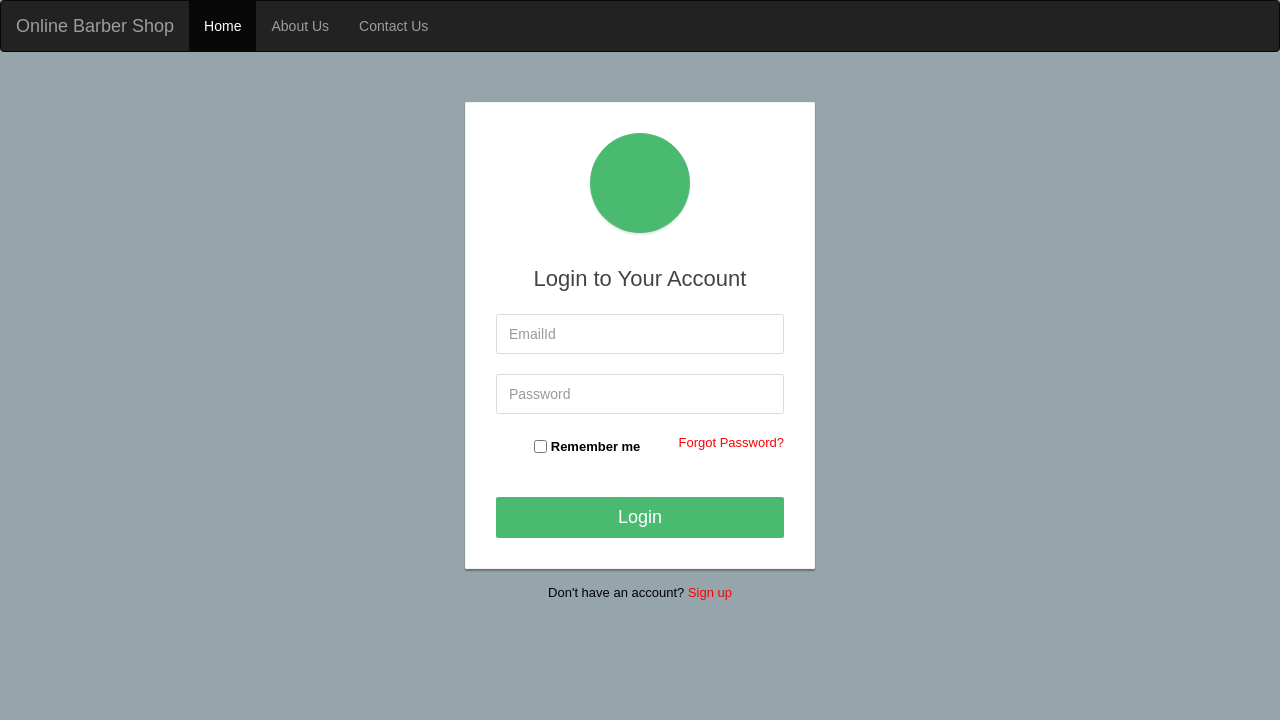
Repository: Mithil-Chavan/OnlineBarbershopManagementSystem
Page: http://localhost/OnlineBarberShop/WEB-INF/views/user/login.jsp
The author's editor kept a copy of each file at every save. The page is drawn from the files as they stood at one save, then again after the next save.
The browser window is 1280 px wide. The pictures show the whole page.
Some web fonts or font styles are not loaded; a fallback is used. The page is served by Tomcat 9. Nobody is signed in. Other server files are loaded and not shown. The template is opened directly, without the code that normally fills it, so the values that code supplies are empty.

Above is the page before, as saved 2021-03-24 19:46:10.

### OnlineBarberShop/OnlineBarberShop/src/main/webapp/WEB-INF/views/user/login.jsp
<%@ page language="java" contentType="text/html; charset=ISO-8859-1"
	pageEncoding="ISO-8859-1"%>



<!DOCTYPE html>
<html lang="en">
<head>
  <title>Online Barber Shop</title>
  <meta charset="utf-8">
<meta name="viewport" content="width=device-width, initial-scale=1, shrink-to-fit=no">
<title>Login form</title>
<link rel="stylesheet" href="https://fonts.googleapis.com/css?family=Merienda+One">
<link rel="stylesheet" href="https://stackpath.bootstrapcdn.com/bootstrap/3.4.1/css/bootstrap.min.css">
<link rel="stylesheet" href="https://fonts.googleapis.com/icon?family=Material+Icons">
<link rel="stylesheet" href="https://maxcdn.bootstrapcdn.com/font-awesome/4.7.0/css/font-awesome.min.css">
<script src="https://code.jquery.com/jquery-3.5.1.min.js"></script>
<script src="https://cdn.jsdelivr.net/npm/popper.js@1.16.0/dist/umd/popper.min.js"></script>
<script src="https://stackpath.bootstrapcdn.com/bootstrap/4.5.0/js/bootstrap.min.js"></script>
<style>
body {
	color: #FF0000;
		background: #95a5ab;
	font-family: 'Varela Round', sans-serif;
}
.form-control {
	box-shadow: none;
	border-color: #ddd;
}
.form-control:focus {
	border-color: #4aba70;
}
.login-form {
	width: 350px;
	margin: 0 auto;
	padding: 30px 0;
}
.login-form form {
	color: #434343;
	border-radius: 1px;
	margin-bottom: 15px;
	background: #fff;
	border: 1px solid #f3f3f3;
	box-shadow: 0px 2px 2px rgba(0, 0, 0, 0.3);
	padding: 30px;
}
.login-form h4 {
	text-align: center;
	font-size: 22px;
	margin-bottom: 20px;
}
.login-form .avatar {
	color: #fff;
	margin: 0 auto 30px;
	text-align: center;
	width: 100px;
	height: 100px;
	border-radius: 50%;
	z-index: 9;
	background: #4aba70;
	padding: 15px;
	box-shadow: 0px 2px 2px rgba(0, 0, 0, 0.1);
}
.login-form .avatar i {
	font-size: 62px;
}
.login-form .form-group {
	margin-bottom: 20px;
}
.login-form .form-control, .login-form .btn {
	min-height: 40px;
	border-radius: 2px;
	transition: all 0.5s;
}
.login-form .close {
	position: absolute;
	top: 15px;
	right: 15px;
}
.login-form .btn, .login-form .btn:active {
	background: #4aba70 !important;
	border: none;
	line-height: normal;
}
.login-form .btn:hover, .login-form .btn:focus {
	background: #42ae68 !important;
}
.login-form .checkbox-inline {
	float: left;
}
.login-form input[type="checkbox"] {
	position: relative;
	top: 2px;
}
.login-form .forgot-link {
	float: right;
}
.login-form .small {
color:#000000;
	font-size: 13px;
	padding-bottom: 15px;
	text-align: center;
}
.login-form a {
	color: #ff0000;
}
</style>
</head>
<body>

<nav class="navbar navbar-inverse">
  <div class="container-fluid">
    <div class="navbar-header">
      <a class="navbar-brand" >Online Barber Shop</a>
    </div>
    <ul class="nav navbar-nav">
      <li class="active"><a href="/">Home</a></li>
        <li><a href="#">About Us</a></li>
      <li><a href="#">Contact Us</a></li>
    </ul>

  </div>
</nav>


<div class="login-form">
    <form  method="post">
		<div class="avatar"><i class="material-icons">&#xE7FF;</i></div>
		<h4 >${requestScope.mesg}</h4>
    	<h4 class="modal-title">Login to Your Account</h4>
        <div class="form-group">
            <input type="text" class="form-control" name="em" placeholder="EmailId" required="required">
        </div>
        <div class="form-group">
            <input type="password" class="form-control" name="pass" placeholder="Password" required="required">
        </div>
        <div class="form-group small clearfix">
            <label class="form-check-label"><input type="checkbox"> Remember me</label>
            <a href="#" class="forgot-link">Forgot Password?</a>
        </div>
        <input type="submit" class="btn btn-primary btn-block btn-lg" value="Login">
    </form>
    <div class="text-center small">Don't have an account? <a href="/user/register">Sign up</a></div>
</div>




</body>
</html>

After the next save:
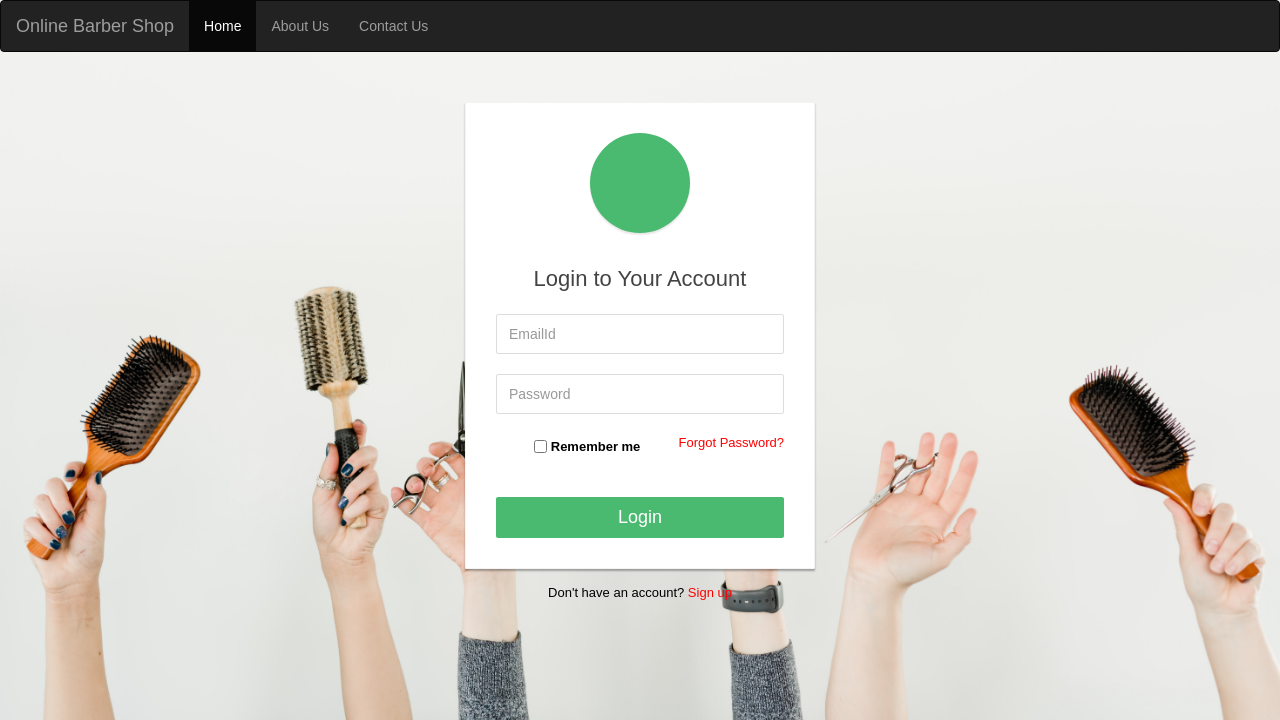
Saved 9 min 1 s later.
--- a/OnlineBarberShop/OnlineBarberShop/src/main/webapp/WEB-INF/views/user/login.jsp
+++ b/OnlineBarberShop/OnlineBarberShop/src/main/webapp/WEB-INF/views/user/login.jsp
@@ -20,7 +20,11 @@
 <style>
 body {
 	color: #FF0000;
-		background: #95a5ab;
+		/* background: #95a5ab; */
+		background: url("http://localhost:8080/login.jpg")no-repeat;
+	background-size: cover;
+	background-position: center;
+	width:100%; height:650px;
 	font-family: 'Varela Round', sans-serif;
 }
 .form-control {
